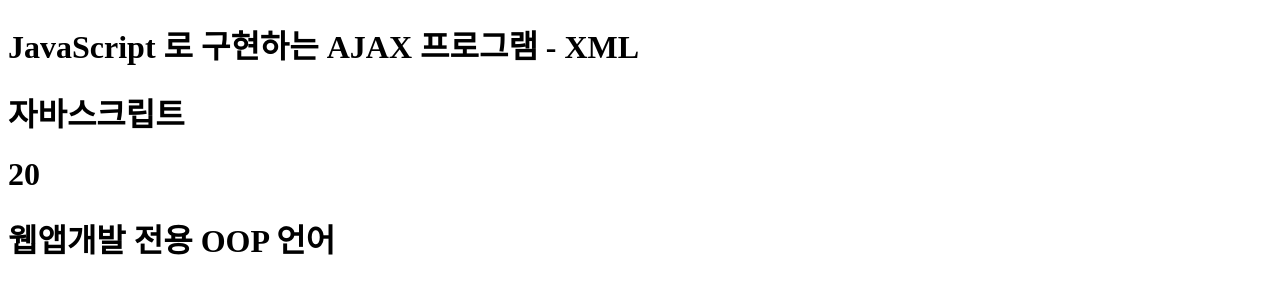
Repository: kdg0109/multicampus_course
Page: web course/workspace_web/edu/WebContent/ajaxexam/exam2.html
An editor plug-in stored every save of this project. The page is shown before and after the next save, followed by the edit.
The browser window is 1280 px wide. The pictures show the whole page.

Above is the page before, as saved 2018-02-02 06:40:42.

After the next save:
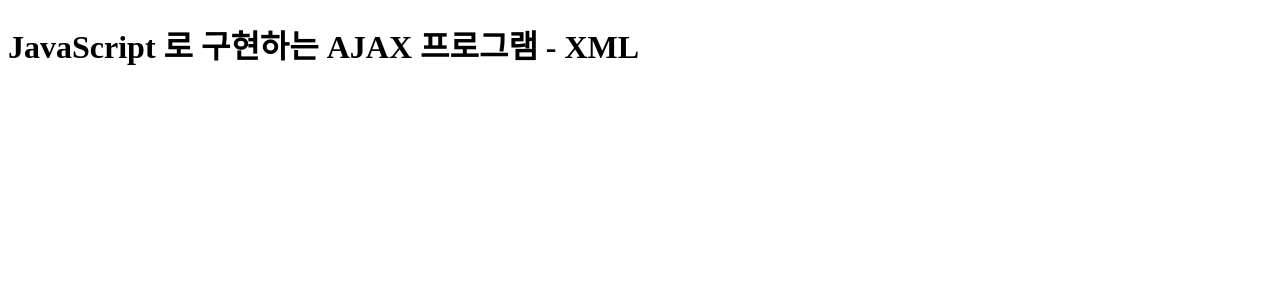
Console error: TypeError: Cannot read properties of null (reading 'nodeValue')
Saved 6 min 6 s later.
--- a/web course/workspace_web/edu/WebContent/ajaxexam/exam2.html
+++ b/web course/workspace_web/edu/WebContent/ajaxexam/exam2.html
@@ -12,7 +12,7 @@
                   	var xml = request.responseXML;
                   	var rootE = xml.getElementsByTagName('testxml');
                    	var output = '';
-                   	for(var i=1; i < rootE[0].childNodes.length; i+=2)
+                   	for(var i=0; i < rootE[0].childNodes.length; i+=2)
                 	   output += "<h1>"+rootE[0].childNodes[i].firstChild.nodeValue+"</h1>";
                        document.body.innerHTML += output;
                     }

After the save that followed:
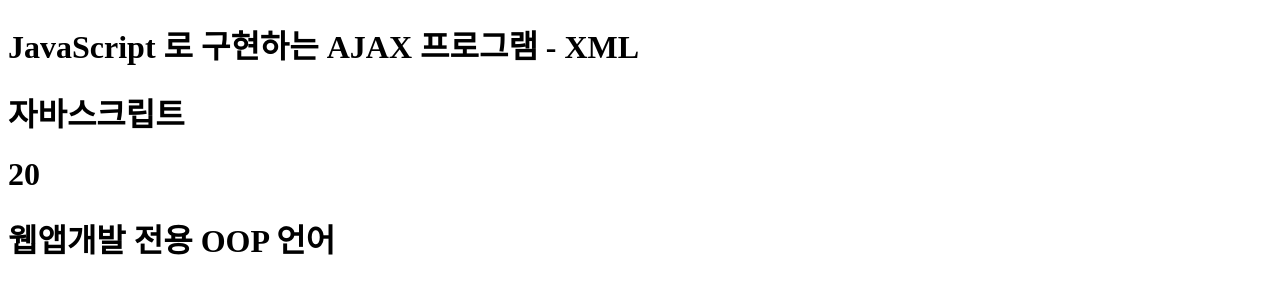
The error is gone.
Saved 6 s later.
--- a/web course/workspace_web/edu/WebContent/ajaxexam/exam2.html
+++ b/web course/workspace_web/edu/WebContent/ajaxexam/exam2.html
@@ -12,7 +12,7 @@
                   	var xml = request.responseXML;
                   	var rootE = xml.getElementsByTagName('testxml');
                    	var output = '';
-                   	for(var i=0; i < rootE[0].childNodes.length; i+=2)
+                   	for(var i=1; i < rootE[0].childNodes.length; i+=2)
                 	   output += "<h1>"+rootE[0].childNodes[i].firstChild.nodeValue+"</h1>";
                        document.body.innerHTML += output;
                     }
